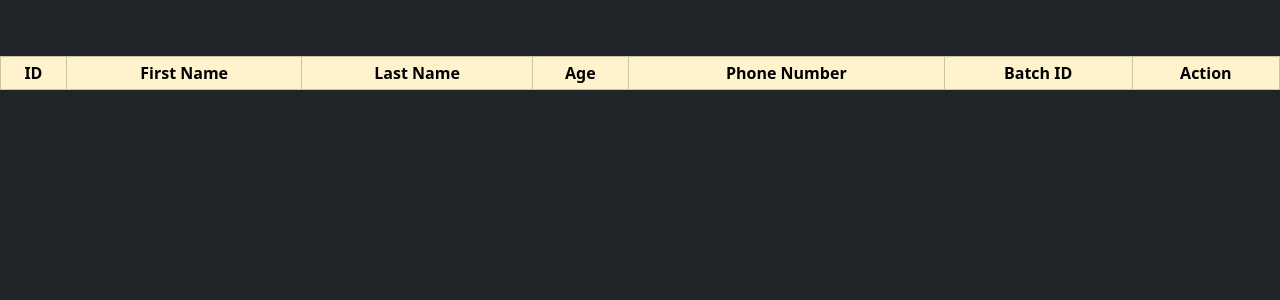
Repository: Jannis-Buschhaus/simplilearn-assessment-phase2
Page: http://localhost/FunfitWebapp/viewParticipants.jsp
The author's editor kept a copy of each file at every save. The page is drawn from the files as they stood at one save, then again after a run of saves.
The browser window is 1280 px wide. The pictures show the whole page.
The page is served by Tomcat 9.

Above is the page before, as saved 2024-05-30 14:46:10.

After the next 2 saves:
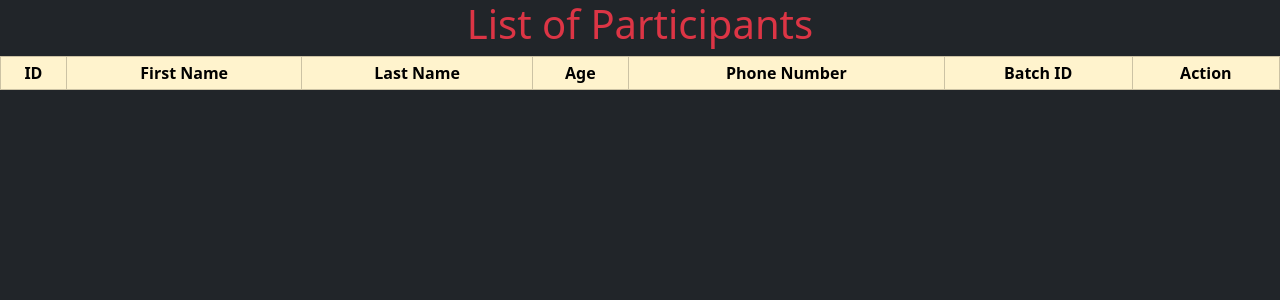
The 2 saves are shown as one change because they came seconds apart.
The last was saved 24 s later.
--- a/FunfitWebapp/src/main/webapp/viewParticipants.jsp
+++ b/FunfitWebapp/src/main/webapp/viewParticipants.jsp
@@ -35,7 +35,7 @@
 		}
 	</script>
 	<div class="text-center">
-		<h1>List of Participants</h1>
+		<h1 class="text-danger">List of Participants</h1>
 		<table class="table table-warning table-bordered table-hover table-sm">
 			<tr>
 				<th>ID</th><th>First Name</th><th>Last Name</th><th>Age</th><th>Phone Number</th><th>Batch ID</th><th>Action</th>
